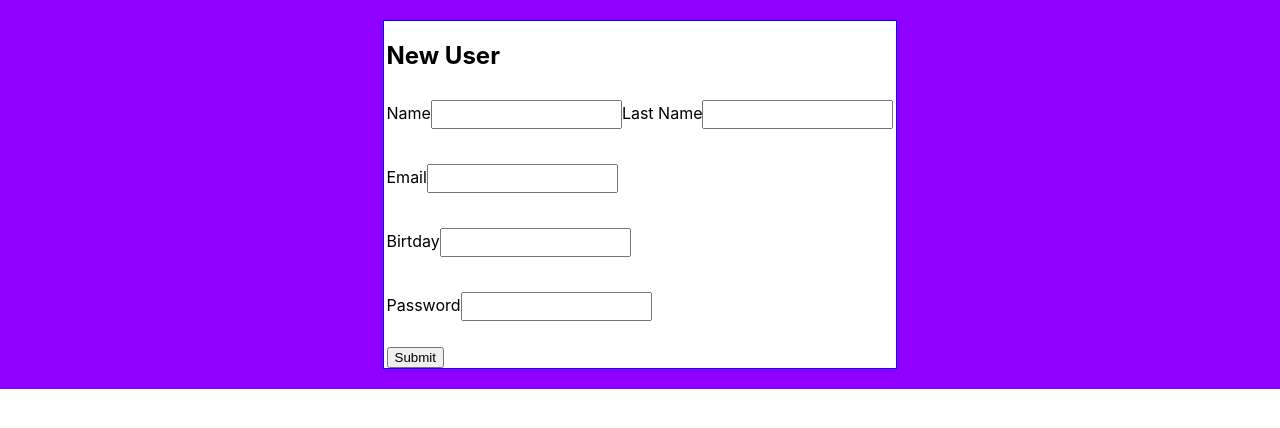
Repository: RobertAries28/CrudUsuarios
Page: /
The author's editor kept a copy of each file at every save. The page is drawn from the files as they stood at one save, then again after the next save.
The browser window is 1280 px wide. The pictures show the whole page.
The page's requests for data from a server got no answer. The project was rebuilt for these pictures with package versions that can differ from the ones it lists, and the page was loaded fresh each time. No one was signed in, and anything a server would have sent is missing.

Above is the page before, as saved 2022-05-23 19:07:36.

### src/App.js

import axios from 'axios';
import { useEffect, useState } from 'react';
import './App.css';
import UsersForm from './UsersForm';
import UsersList from './UsersList';

const App=()=> {

  const [users,setUsers]= useState([])
  useEffect(()=>{
    axios.get('https://users-crud1.herokuapp.com/users/')
    .then(res=>setUsers(res.data))

  },[]);
  console.log(users)
  return (
    <div className="App">
     <UsersList users={users}/>
     <UsersForm/>
    </div>
  );
}

export default App;

### src/App.css
.App{
  background: #8F00FF;
  height: 100%;
  padding: 20px 0;
}

ul{
  list-style: none;
  padding: 0;
  margin: 0 0;



}

.users{
  border-radius: 20px;
  margin: auto;
  width: 50%;
  display: flex;
  justify-content: space-around;
  align-items: center;
  border: 1px solid blue;
  background: white;
  padding: 20px 0;
}

.formUser{
  display: flex;
  flex-direction: column;
  justify-content: center;
  align-items: center;
  border: 1px solid blue;
  background: white;
  margin: auto;
  width: 40%;
}

input{
padding: 5px;
margin: 10px 0;
}


.dateUsers{
  margin: 15px 0;
}

### src/UsersForm.js
import React, { useEffect, useState } from 'react';
import './App.css';

const UsersForm = ({addUsers,updateUsers,userEdit,selectUsers}) => {

        const [name,setName]= useState("");

        const [lastName, setLatName] = useState("");
        const [email,setEmail]= useState("");


        const [birthday, setBirthday] = useState("")
        const [password, setPassword] = useState("")

      useEffect(()=>{
          console.log("Cambio productEdit")

          if(userEdit){
              setName(userEdit.name);
              setLatName(userEdit.lastName);
              setEmail(userEdit.email)
              setBirthday(userEdit.birthday)
              setPassword(userEdit.password)
          } else{
              setName("");
              setLatName("");
              setEmail("");
              setBirthday("");
              setPassword("")
          }
      },[userEdit])

        const submit=(e)=>{
            e.preventDefault();
            const user={

                name:name,
                lastName:lastName,
              email:email,
              birthday:birthday,
              password:password
            }

           if(userEdit){
               user.id= userEdit.id
             updateUsers(user);
           }else{

            addUsers(user)
        }



        }
        return (
            <div className='formUser'>
                <form onSubmit={submit}>
                  <h2>New User</h2>
                <div className='dateUsers'>
                      <label htmlFor='name'>Name</label>
                      <input type="text"
                             id="name"
                             onChange={e=> setName(e.target.value)}
                                 value={name}
                             />

                      <label htmlFor='lastname'>Last Name</label>
                      <input type="text"
                             id="lastname"
                             onChange={e=> setLatName(e.target.value)}
                                 value={lastName}
                             />
                  </div>

                  <div className='dateUsers'>
                      <label htmlFor='email'>Email</label>
                      <input type="email"
                             id="email"
                             onChange={e=> setEmail(e.target.value)}
                                 value={email}
                             />
                  </div>
                  <div className='dateUsers'>
                      <label htmlFor='birthday'>Birtday</label>
                      <input type="text"
                      id='birthday'
                      onChange={e=> setBirthday(e.target.value)}
                      value={birthday} />
                  </div>

                  <div className='dateUsers'>
                      <label htmlFor='Password'>Password</label>
                      <input type="password"
                      id='password'
                      onChange={e=> setPassword(e.target.value)}
                      value={password} />
                  </div>

                  <button >Submit</button>

                  {
                      userEdit &&
                      <button type='button'
                        onClick={()=> selectUsers(null)}
                      >Cancelar</button>
                  }
                </form>
            </div>
    );
}

export default UsersForm;

### src/UsersList.js
import React from 'react';
import './App.css';

const UsersList = ({users,removeProduct,selecProduct}) => {
    return (
        <div className='infoUsers'>
               <ul>
                {
                    users.map(user=>(
                        <li className='users' style={{marginBottom:"10px"}} key={user.id}>
                            <ul>
                                <li><b>Nombre: </b>{user.first_name}</li>
                                <li><b>Apellido: </b>{user.last_name}</li>
                                <li><b>Email: </b>{user.email}</li>
                                <li><b>Brithday: </b>{user.birthday}</li>
                            </ul>
                            <div className='button'>
                            <button onClick={()=>removeProduct(user.id)}>Eliminar</button>
                       <button onClick={()=>selecProduct(user)}>Actualizar</button>
                       </div>
                        </li>
                    ))
                }
            </ul>
        </div>
    );
}

export default UsersList;

Loaded but not shown: public/index.html (common file); src/index.js (common file); src/index.css (common file); src/reportWebVitals.js (common file)

After the next save:
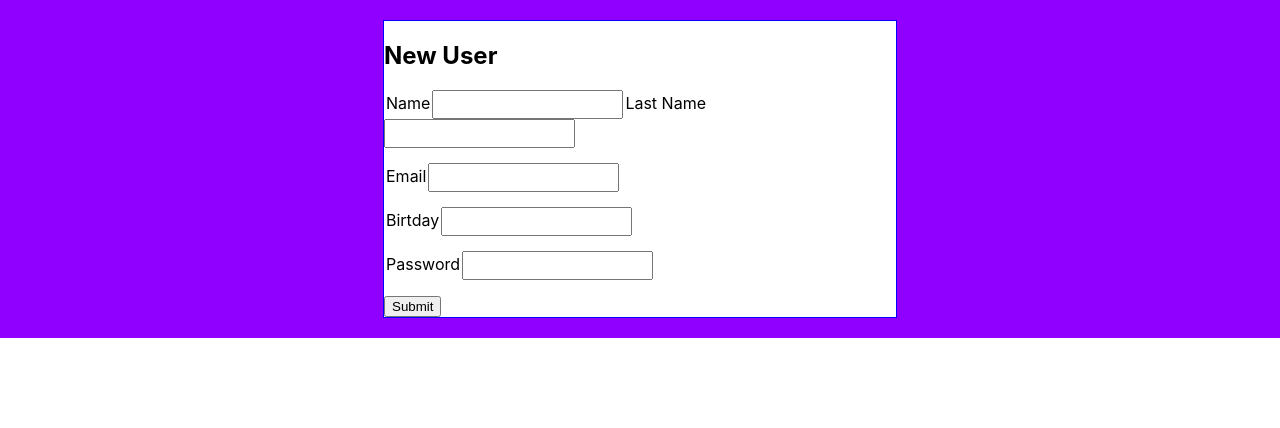
Saved 22 s later.
--- a/src/App.css
+++ b/src/App.css
@@ -38,7 +38,10 @@ ul{
 
 input{
 padding: 5px;
-margin: 10px 0;
+
+}
+label{
+  margin: 2px;
 }
 
 
